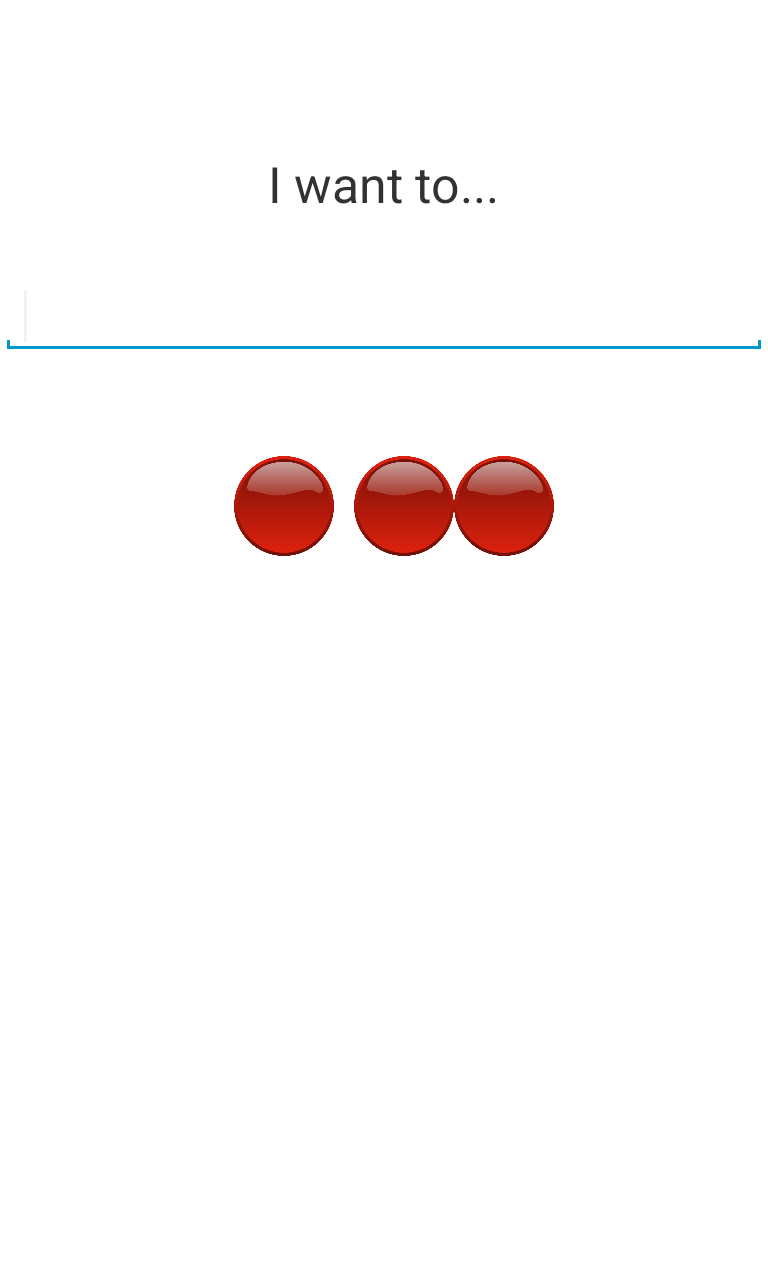
Repository: sbobra/women-startupweekend-sf
Layout: LaundryList/res/layout/activity_goal1.xml
The author's editor kept a copy of each file at every save. The layout is drawn from the files as they stood at one save, then again after the next save.
It is drawn on a 768 x 1280 px phone screen (xhdpi) without system bars, with theme AppTheme; the app's code is not run.

Above is the layout before, as saved 2013-09-15 04:16:37.

After the next save:
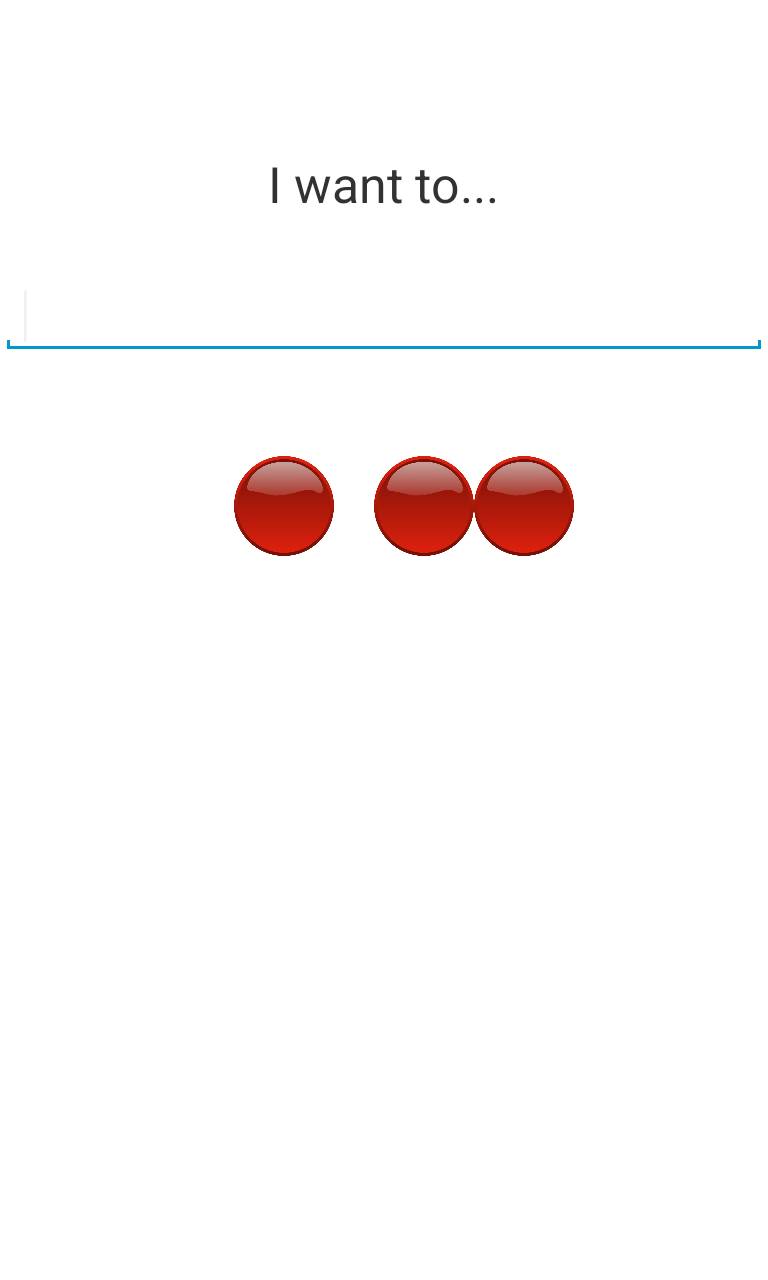
Saved 5 s later.
--- a/LaundryList/res/layout/activity_goal1.xml
+++ b/LaundryList/res/layout/activity_goal1.xml
@@ -36,14 +36,14 @@
             android:id="@+id/doButton"
             android:layout_width="50dp"
             android:layout_height="50dp"
-            android:layout_marginLeft="10dp"
+            android:layout_marginLeft="20dp"
             android:src="@drawable/redbutton" />
 
         <ImageView
             android:id="@+id/seeButton"
             android:layout_width="50dp"
             android:layout_height="50dp"
-            android:layout_marginLeft="10dp"
+            android:layout_marginLeft="20dp"
             android:src="@drawable/redbutton" />
 
         <ImageView
